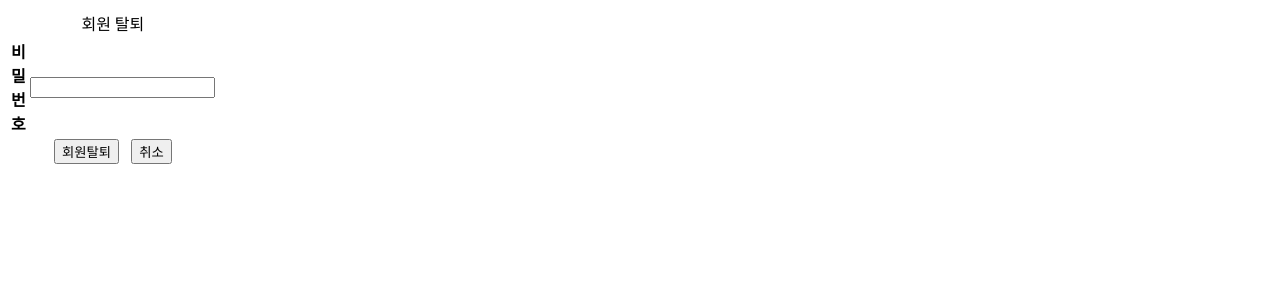
Repository: skeaze7496-max/HomePage
Page: http://localhost/ServletProject/memberone/deleteForm.jsp
The author's editor kept a copy of each file at every save. The page is drawn from the files as they stood at one save, then again after a run of saves.
The browser window is 1280 px wide. The pictures show the whole page.
The page is served by Tomcat 9. Nobody is signed in. The application's start-up code is not run. Other server files are loaded and not shown.

Above is the page before, as saved 2026-06-05 02:53:03.

### ServletProject/src/main/webapp/memberone/deleteForm.jsp
<%@ page language="java" contentType="text/html; charset=UTF-8"
    pageEncoding="UTF-8"%>
<!DOCTYPE html>
<html>
<head>
<meta charset="UTF-8">
<title>회원탈퇴</title>
</head>
<body>
<form action="deleteProc.jsp" method="post" name="myForm">
	<table width="200">
		<tr>
			<td colspan="2" align="center">회원 탈퇴</td>
		</tr>
		<tr>
			<td width="150"><b>비밀번호</b></td>
			<td width="110">
				<input type="password" name="pass" size="20">
			</td>
		</tr>
		<tr>
			<td colspan="2" align="center">
			<input type="submit" value="회원탈퇴">&nbsp;&nbsp;
			<input type="button" value="취소" onclick="javascript:window.location='login,jsp'">
			</td>
		</tr>
	</table>



</form>
</body>
</html>

After the next 2 saves:
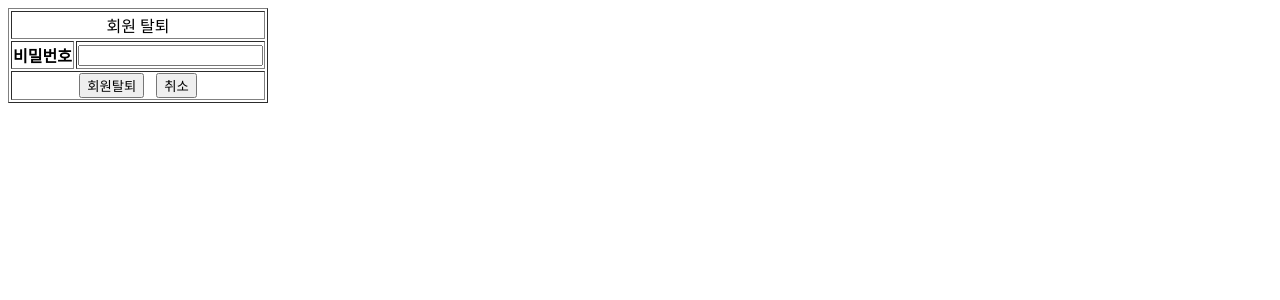
The 2 saves are shown as one change because they came seconds apart.
The last was saved 7 s later.
--- a/ServletProject/src/main/webapp/memberone/deleteForm.jsp
+++ b/ServletProject/src/main/webapp/memberone/deleteForm.jsp
@@ -8,7 +8,7 @@
 </head>
 <body>
 <form action="deleteProc.jsp" method="post" name="myForm">
-	<table width="200">
+	<table width="260" border="1">
 		<tr>
 			<td colspan="2" align="center">회원 탈퇴</td>
 		</tr>
